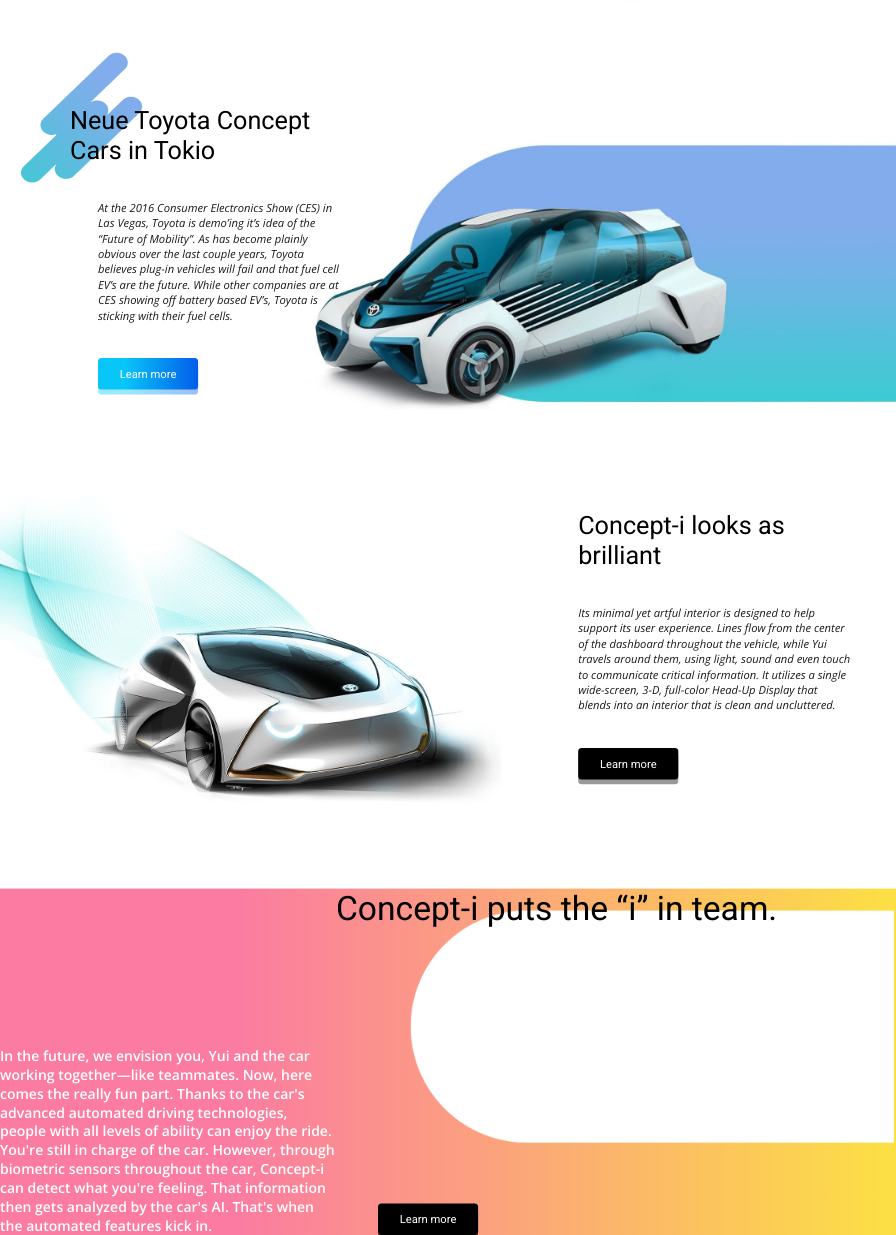
Repository: ThanhThn/Moto-Toyota
Page: index.html
The author's editor kept a copy of each file at every save. The page is drawn from the files as they stood at one save, then again after the next save.
The browser window is 1280 px wide. The pictures show the part of the page from y = 1919 to 3839 px (the page is 3683 px tall before and 3839 px after), at 70% of full size.

Above is the page before, as saved 2022-07-07 12:46:15.

After the next save:
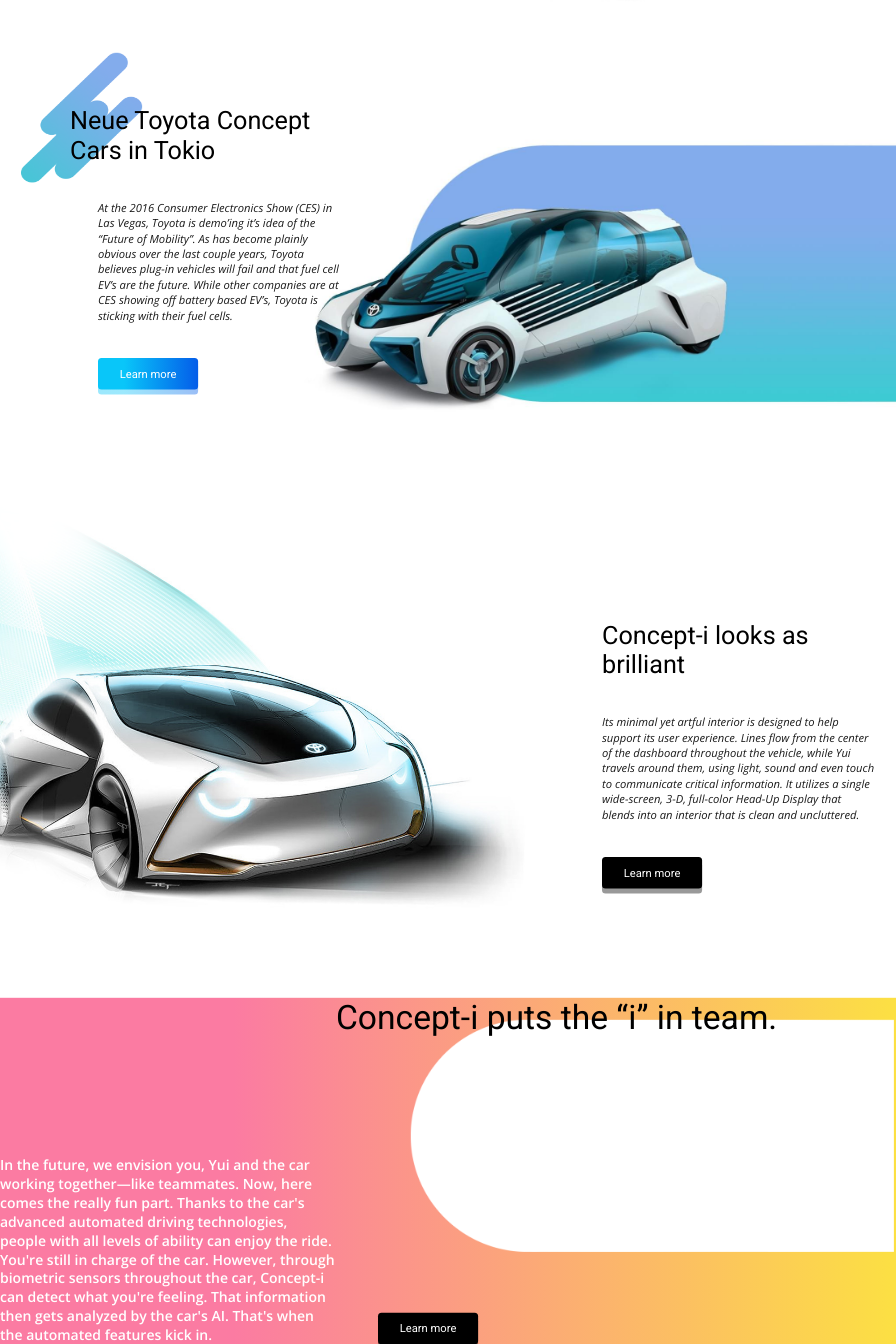
Saved 6 min 27 s later.
--- a/index.html
+++ b/index.html
@@ -76,7 +76,7 @@
                 <img src="images/8be8de663c4ab7eee8b3e53c31cbb581.jpeg" alt=""  class="img" id="img-center">
             </section>
             <section class="body-container-content">
-                <img src="images/4c134e2df3106c5e28f93f94161e3242.png" alt=""  class="overflow-img img-defaut">
+                <img src="images/4c134e2df3106c5e28f93f94161e3242.png" alt=""  class="overflow-img img-defaut" style="width: 760px; height: 636px;">
                 <div class="body-content">
                     <h3 class="heading-content">
                         Concept-i looks as brilliant
